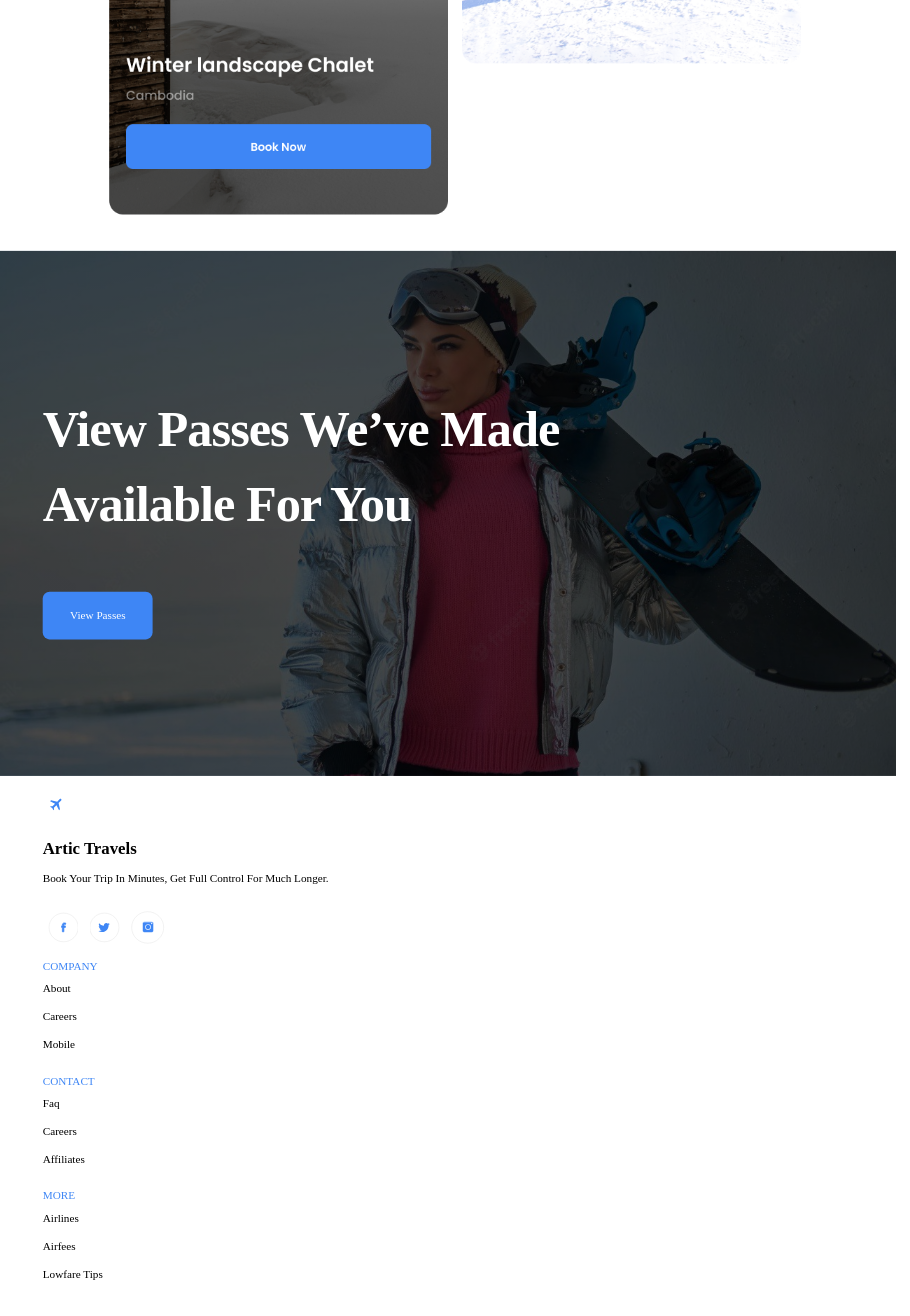
Repository: swissjake/arctic-travel-agency
Page: /
The author's editor kept a copy of each file at every save. The page is drawn from the files as they stood at one save, then again after the next save.
The browser window is 1280 px wide. The page is 1300 px wide, so the pictures cover 1300 px, including what lies to the right of the window. The pictures show the part of the page from y = 4169 to 6049 px (the page is 6049 px tall before and 5557 px after), at 70% of full size.
The project was rebuilt for these pictures with package versions that can differ from the ones it lists, and the page was loaded fresh each time. Also part of the build but not shown: src/App.css.

Above is the page before, as saved 2022-05-04 12:58:12.

After the next save:
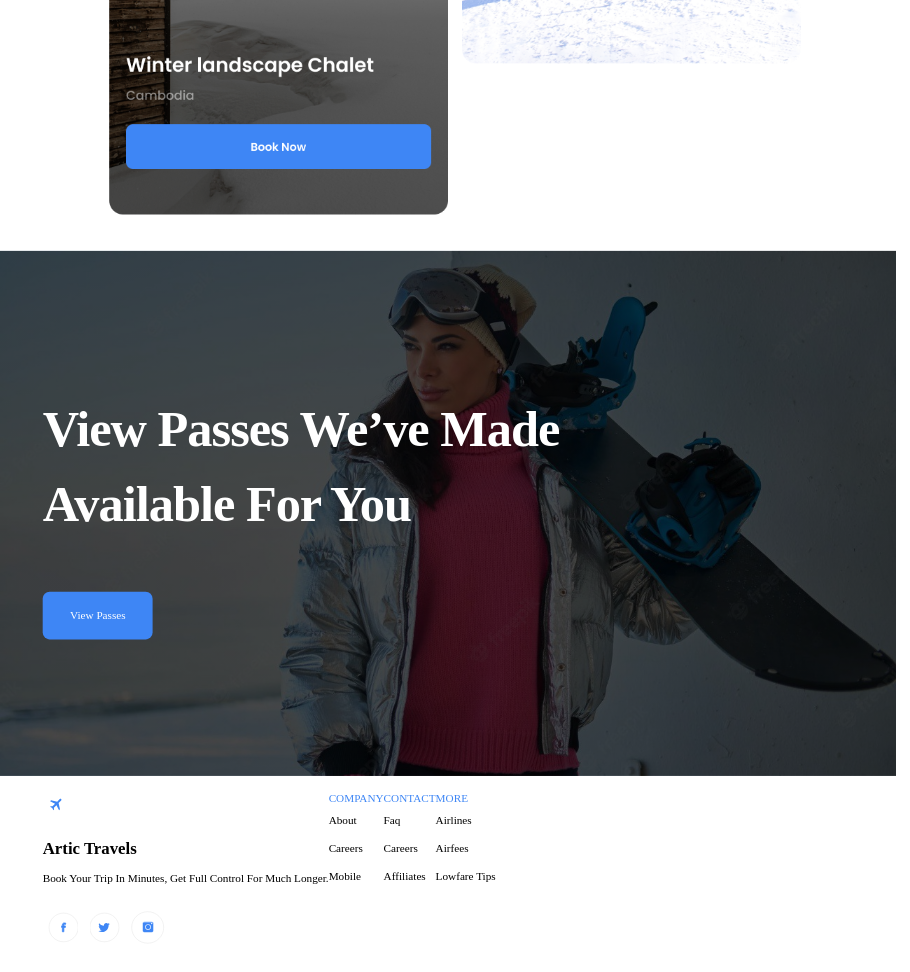
Saved 4 s later.
--- a/src/components/Footer/Footer.tsx
+++ b/src/components/Footer/Footer.tsx
@@ -18,7 +18,7 @@ const Footer = () => {
   return (
       <footer className=''>
          <div className="container p-[20px] md:pl-[61px] md:pr-[57px]">
-            <div className="md:">
+            <div className="md:flex">
 
 <div className="mb-5">
   <img src={aeroplane} className="mb-[27px]" alt="aeroplane" />
